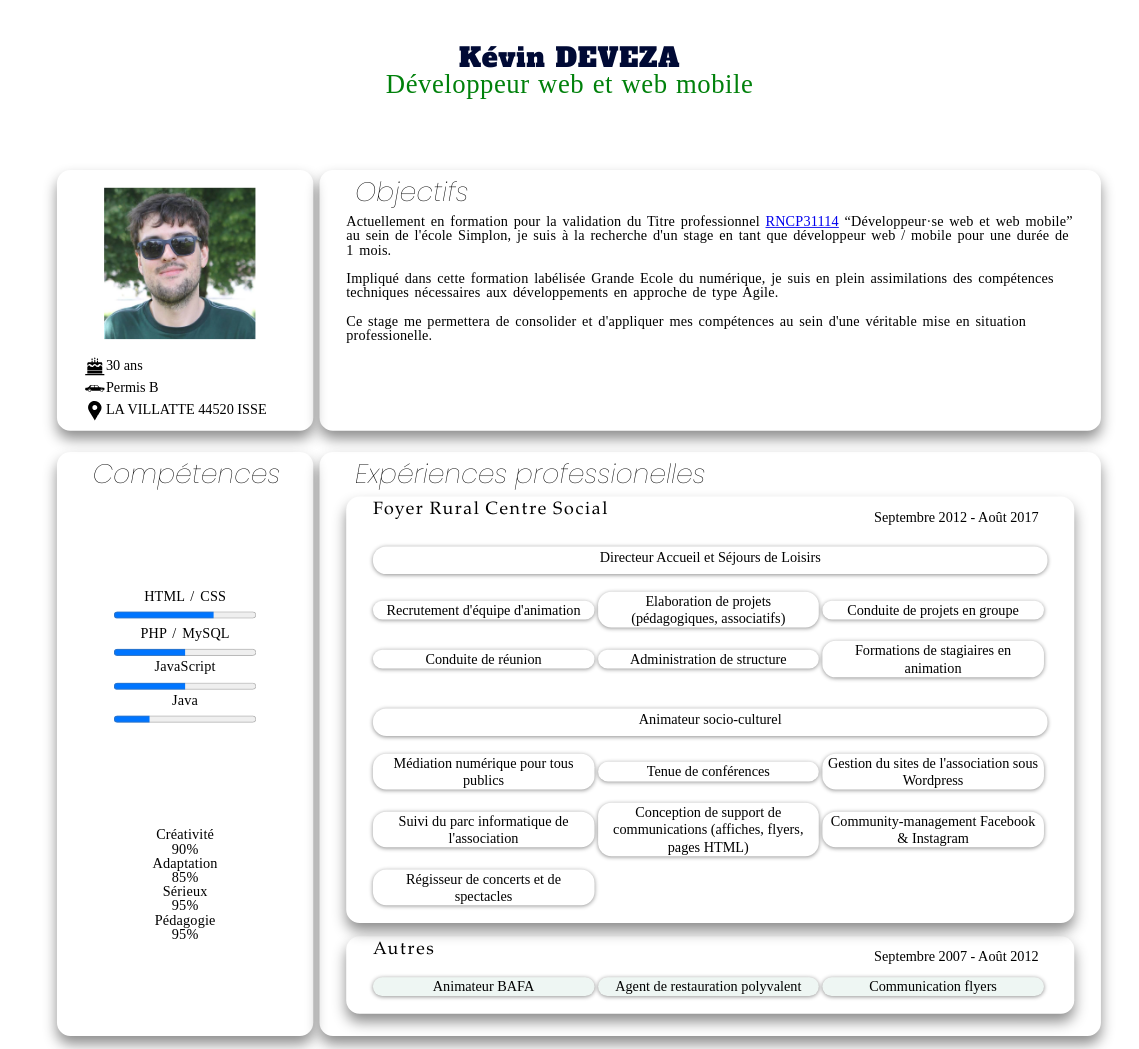
Repository: KevinDvZ/kevindvz.github.io
Page: index.html
An editor plug-in stored every save of this project. The page is shown before and after the next save, followed by the edit.
The browser window is 1280 px wide. The pictures show the whole page, at 89% of full size.

Above is the page before, as saved 2020-10-31 17:20:37.

After the next save:
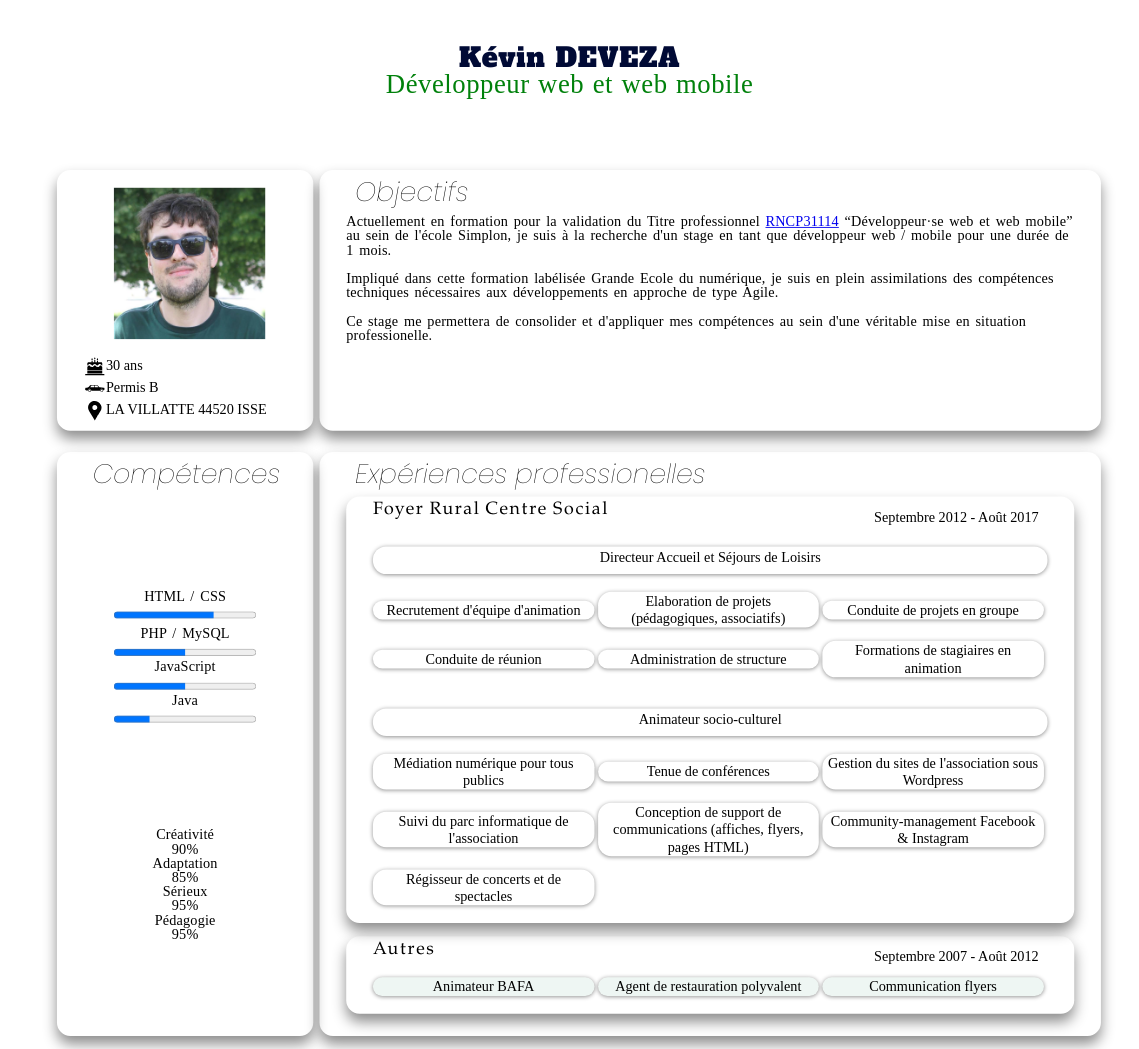
Saved 6 s later.
--- a/css/cv_deveza.css
+++ b/css/cv_deveza.css
@@ -105,7 +105,7 @@ h3 {
   min-height: 100px;
   width: auto;
   margin: 15px auto 15px auto;
-  padding-left: 10%;
+  padding-left: 15%;
 }
 
 .contact-liste li {
